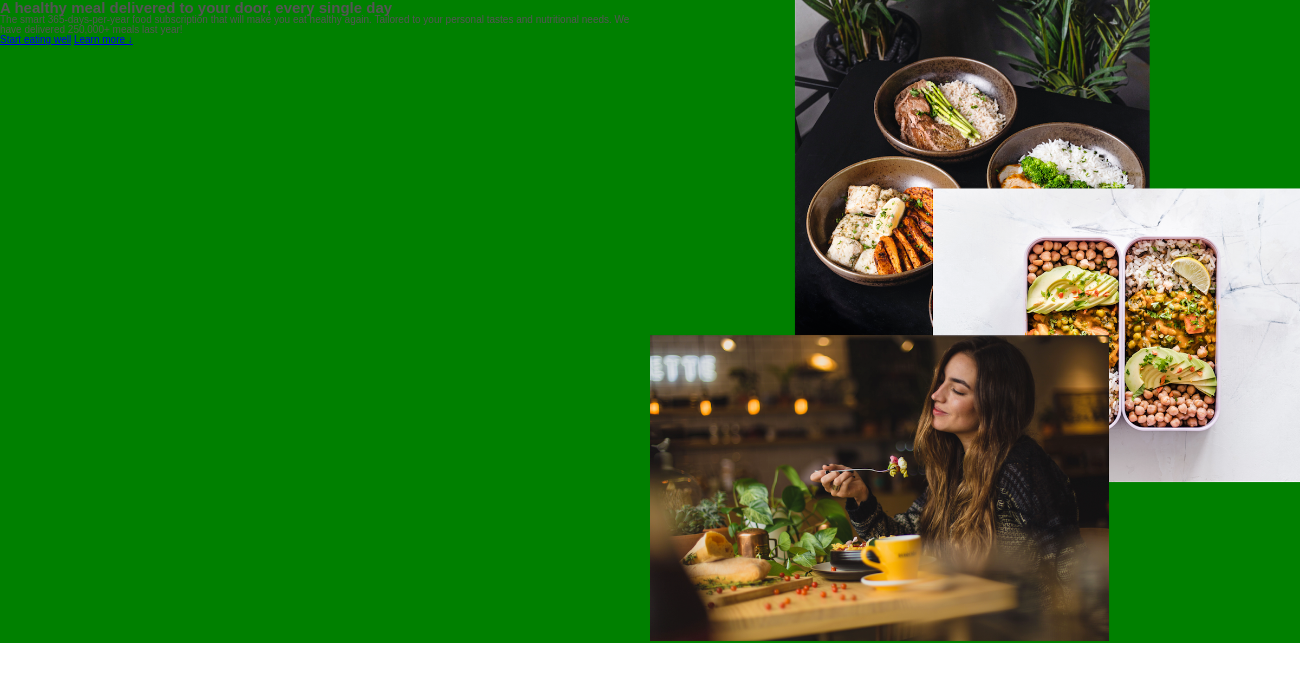
Repository: WefsCao/Omnifood
Page: index.html
These files come from the project's save history. The page is drawn as it stood at one moment and after the next save; the edit follows.
The browser window is 1280 px wide. The page is 1300 px wide, then 1280 px, so the pictures cover 1300 px, including what lies to the right of the window. The pictures show the whole page.

Above is the page before, as saved 2022-06-03 18:35:51.

### index.html
<!DOCTYPE html>
<html lang="en">
  <head>
    <meta charset="UTF-8" />
    <meta http-equiv="X-UA-Compatible" content="IE=edge" />
    <meta name="viewport" content="width=device-width, initial-scale=1.0" />
    <link rel="stylesheet" href="./css/style.css" />
    <title>Omnifood</title>
  </head>
  <body>
    <section class="section-hero">
      <div class="hero">
        <div class="hero-text-box">
          <h1 class="hero-heading">
            A healthy meal delivered to your door, every single day
          </h1>
          <p class="hero-description">
            The smart 365-days-per-year food subscription that will make you eat
            healthy again. Tailored to your personal tastes and nutritional
            needs. We have delivered 250,000+ meals last year!
          </p>
          <a href="#">Start eating well</a>
          <a href="#">Learn more &darr;</a>
        </div>
        <div class="hero-img-box">
          <img src="img/hero.png" alt="Hero of image" class="hero-img" />
        </div>
      </div>
    </section>
  </body>
</html>

### css/style.css
html {
  font-size: 62.5%;
}
* {
  margin: 0;
  padding: 0;
  box-sizing: border-box;
}
body {
  font-family: sans-serif;
  color: #555;
  font-weight: 400;
  line-height: 1;
}

/*SPACING SYSTEM (px)
      2 / 4 / 8 / 12 / 16 / 24 / 32 / 48 / 64 / 80 / 96 / 128

FONT SIZE SYSTEM (px)
      10 / 12 / 14 / 16 / 18 / 20 / 24 / 30 / 36 / 44 / 52 / 62 / 74 / 86 / 98
*/
.hero {
  display: grid;
  grid-template-columns: 1fr 1fr;
  /* max-width: 130rem; */
  width: 1300px;
  background-color: green;
}
.hero-img {
  width: 100%;
}

After the next save:
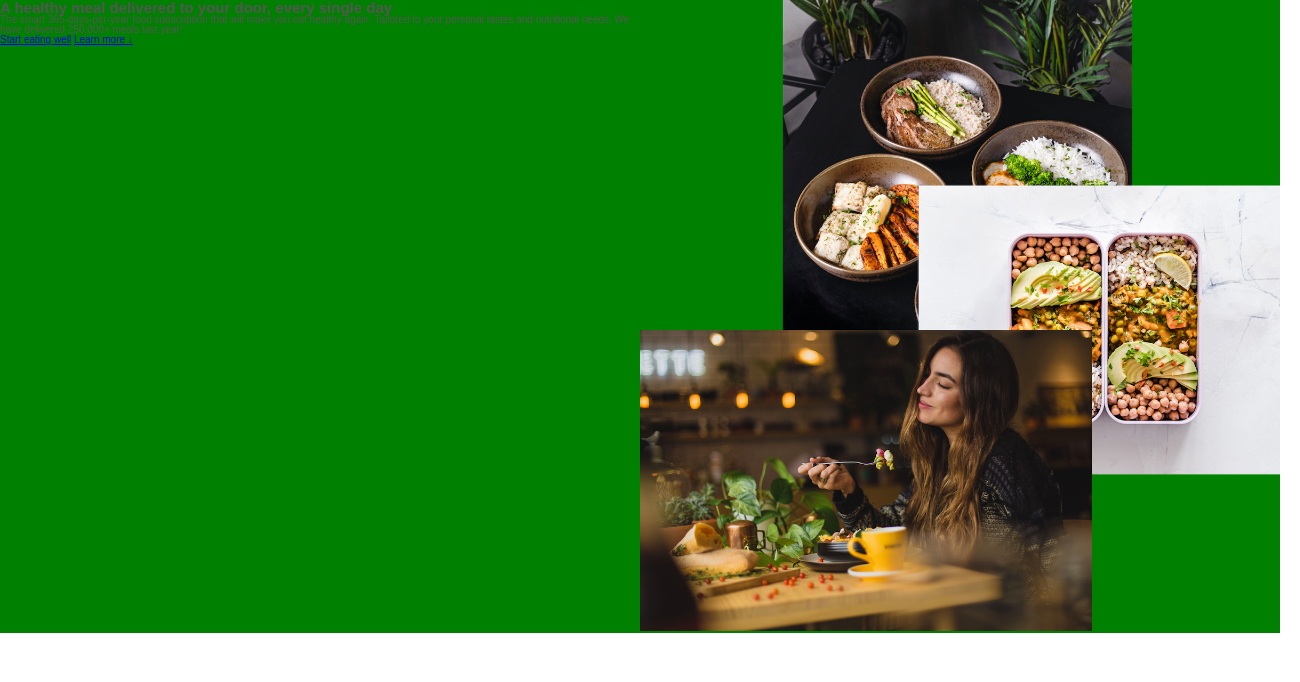
Saved 16 s later.
--- a/css/style.css
+++ b/css/style.css
@@ -22,8 +22,8 @@
 .hero {
   display: grid;
   grid-template-columns: 1fr 1fr;
-  /* max-width: 130rem; */
-  width: 1300px;
+  max-width: 130rem;
+
   background-color: green;
 }
 .hero-img {
